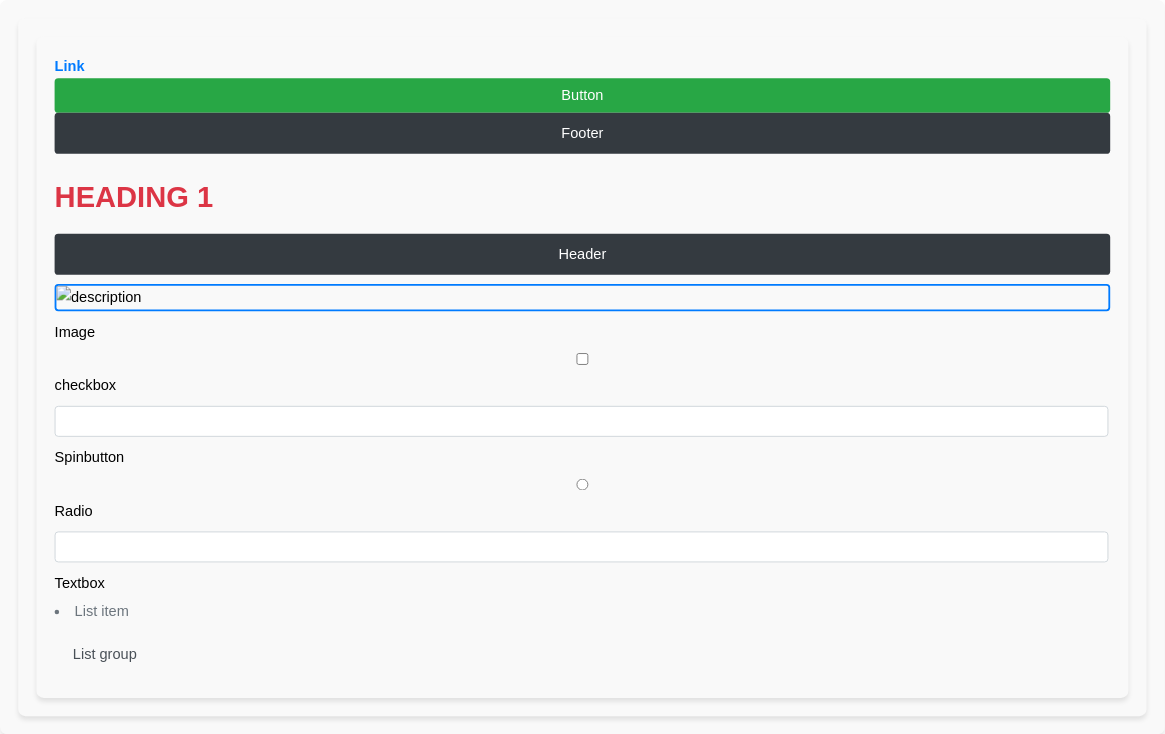
Repository: AiTrinh303/Jest_Sample
Page: / (app in small-test/)
The author's editor kept a copy of each file at every save. The page is drawn from the files as they stood at one save, then again after the next save.
The browser window is 1280 px wide. The pictures show the whole page, at 91% of full size.
The project was rebuilt for these pictures with package versions that can differ from the ones it lists, and the page was loaded fresh each time.

Above is the page before, as saved 2024-11-25 20:54:35.

After the next save:
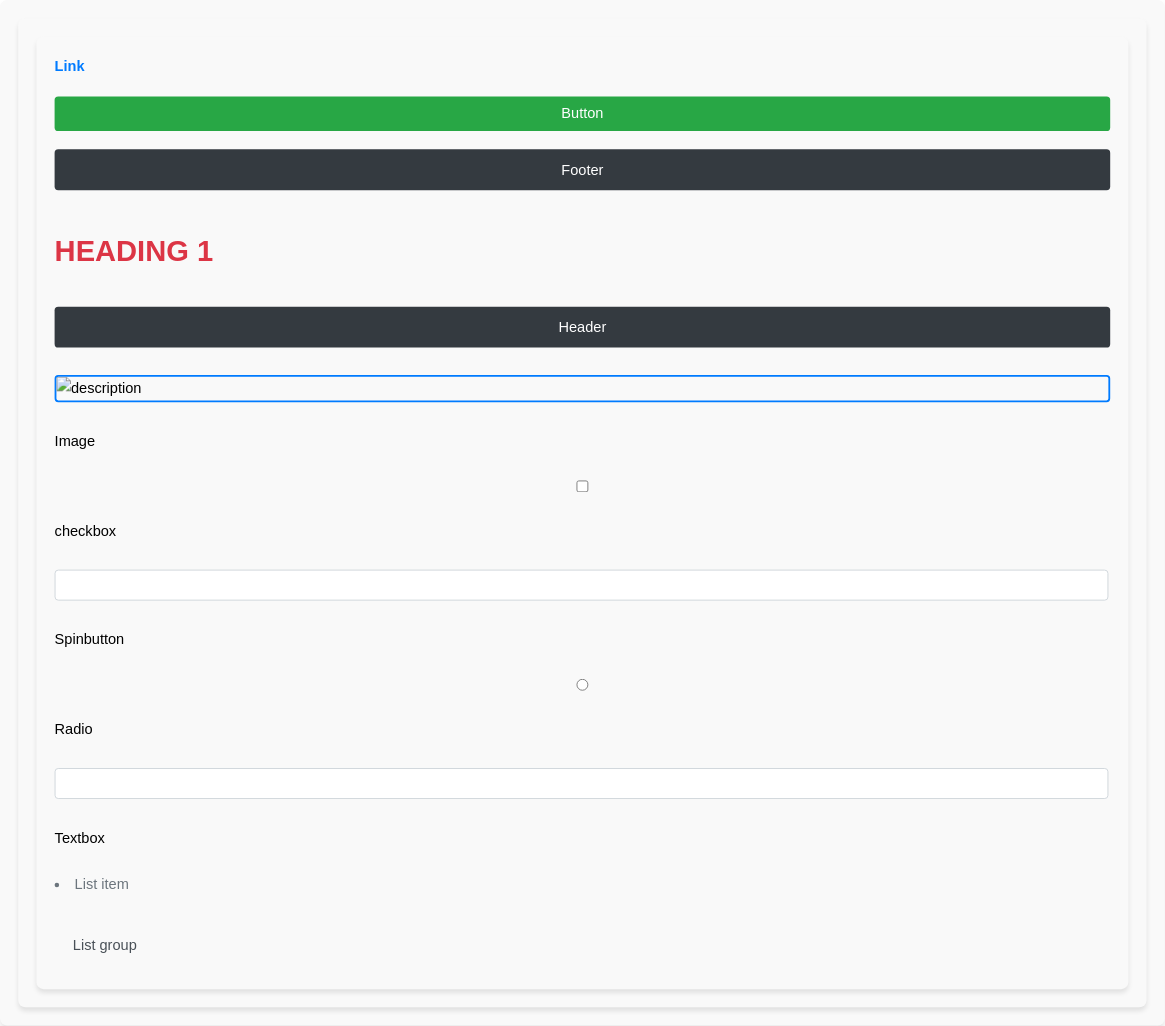
Saved 9 s later.
--- a/small-test/src/components/RoleExample.css
+++ b/small-test/src/components/RoleExample.css
@@ -2,7 +2,7 @@
 .container{
     display: flex;
     flex-direction: column;
-    margin:
+    gap: 20px;
 }
 
 div {
